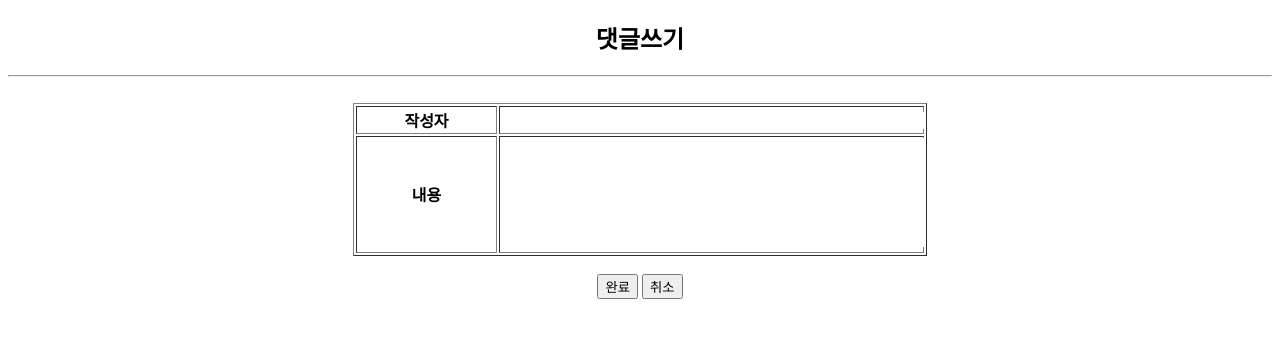
Repository: fffight88/MESboard
Page: http://localhost/practice_board_mvc/jsp/board/commentForm.jsp
An editor plug-in stored every save of this project. The page is shown before and after the next save, followed by the edit.
The browser window is 1280 px wide. The pictures show the whole page.
The page is served by Tomcat 9. Other server files are loaded and not shown.

Above is the page before, as saved 2022-09-16 08:32:55.

### practice_board_mvc/src/main/webapp/jsp/board/commentForm.jsp
<%@ page language="java" contentType="text/html; charset=UTF-8"
    pageEncoding="UTF-8"%>
<!DOCTYPE html>
<html>
<head>
<meta charset="UTF-8">
<title>댓글쓰기</title>
<script>
	function checkForm(){
		if(document.commentForm.content.value == ''){
			alert('내용을 입력하세요.')
			document.commentForm.content.focus()
			return false
		}
		return true
	}
</script>
</head>
<body>
<div align="center">
	<h2>댓글쓰기</h2>
	<hr>
	<br>
	<form action="${ pageContext.request.contextPath }/board/comment.do" method="post" name="commentForm"
		  onsubmit="return checkForm()">
		<table border=1>
			<tr>
				<th width="25%">작성자</th>
				<td>
					<input type="text" size="50" name="writer" style="width:100%; border: 0;" readonly
					 	value="${ currentUser.name }">
				</td>
			</tr>
			<tr>
				<th width="25%">내용</th>
				<td>
					<textarea rows="7" cols="50" name="content" style="resize:none; width:100%; border: 0;" required></textarea>
				</td>
			</tr>
		</table>
		<br>
		<input type="submit" value="완료">
		<input type="button" value="취소" onclick="window.close()">
	</form>
</div>
</body>
</html>

After the next save:
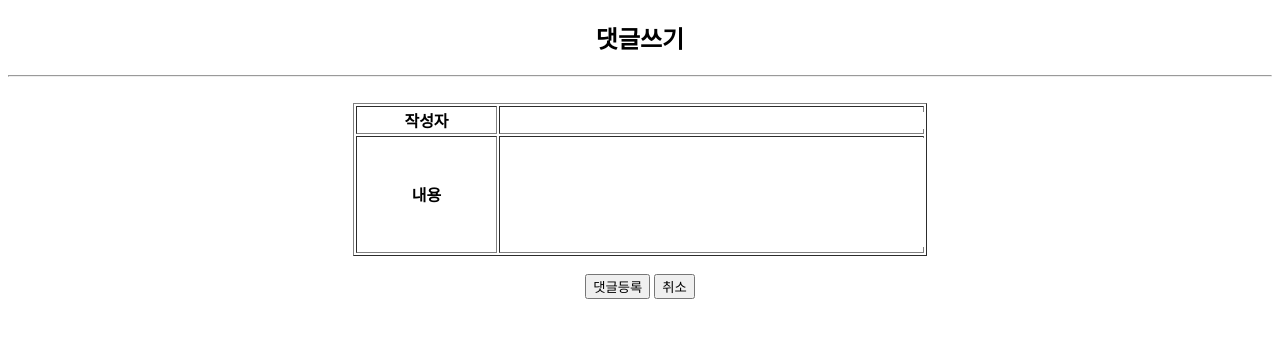
Saved 8 min 14 s later.
--- a/practice_board_mvc/src/main/webapp/jsp/board/commentForm.jsp
+++ b/practice_board_mvc/src/main/webapp/jsp/board/commentForm.jsp
@@ -39,7 +39,7 @@
 			</tr>
 		</table>
 		<br>
-		<input type="submit" value="완료">
+		<input type="submit" value="댓글등록">
 		<input type="button" value="취소" onclick="window.close()">
 	</form>
 </div>
